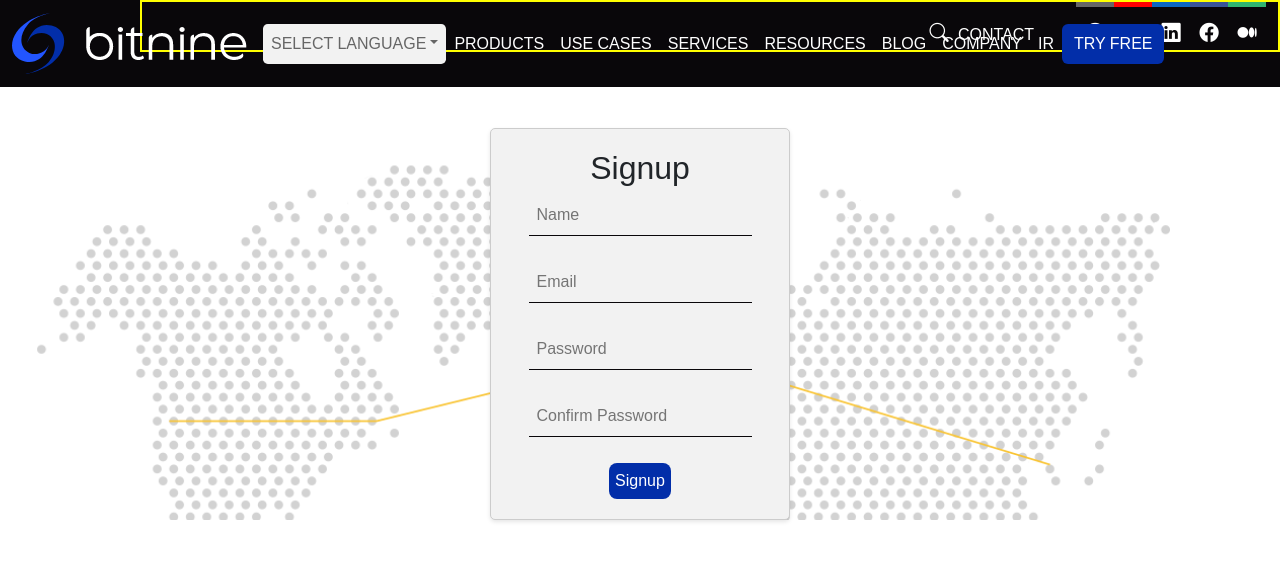
Repository: devblackie/signinpage
Page: /
An editor plug-in stored every save of this project. The page is shown before and after the next save, followed by the edit.
The browser window is 1280 px wide. The pictures show the whole page.
Some web fonts or font styles are not loaded; a fallback is used. The project was rebuilt for these pictures with package versions that can differ from the ones it lists, and the page was loaded fresh each time. Also part of the build but not shown: vite.config.js, src/components/Login.jsx, src/components/Dashboard.jsx, src/components/Home.jsx, src/components/ProtectedDashboard.jsx.

Above is the page before, as saved 2023-08-28 17:40:41.

### index.html
<!doctype html>
<html lang="en">
  <head>
    <meta charset="UTF-8" />
    <link rel="preconnect" href="https://fonts.googleapis.com">
<link rel="preconnect" href="https://fonts.gstatic.com" crossorigin>
<link href="https://fonts.googleapis.com/css2?family=Monda:wght@400;700&display=swap" rel="stylesheet">
    <link rel="stylesheet" href="https://cdn.jsdelivr.net/npm/bootstrap-icons@1.10.5/font/bootstrap-icons.css">
    <link href="https://cdn.jsdelivr.net/npm/bootstrap@5.3.1/dist/css/bootstrap.min.css" rel="stylesheet" integrity="sha384-4bw+/aepP/YC94hEpVNVgiZdgIC5+VKNBQNGCHeKRQN+PtmoHDEXuppvnDJzQIu9" crossorigin="anonymous">
    <meta name="viewport" content="width=device-width, initial-scale=1.0" />
    <title>Bitnine Login</title>
  </head>
  <body>
    <div id="root"></div>
    <script type="module" src="/src/main.jsx"></script>
    <script src="https://cdn.jsdelivr.net/npm/bootstrap@5.3.1/dist/js/bootstrap.bundle.min.js" integrity="sha384-HwwvtgBNo3bZJJLYd8oVXjrBZt8cqVSpeBNS5n7C8IVInixGAoxmnlMuBnhbgrkm" crossorigin="anonymous"></script>
  </body>
</html>

### src/main.jsx
import React from "react";
import ReactDOM from "react-dom";
import App from "./App";
import { UserProvider } from "./components/UserContext";

ReactDOM.render(
  <UserProvider>
    <App />
  </UserProvider>,
  document.getElementById("root")
);

### src/App.jsx
import React, { useState } from "react";
import { BrowserRouter as Router, Route, Routes } from "react-router-dom";
import Signup from "./components/Signup";
import Login from "./components/Login";
import Dashboard from "./components/Dashboard";
import Home from "./components/Home";
import ProtectedDashboard from "./components/ProtectedDashboard";
import "./App.css";

const App = () => {
  const [isAuthenticated, setIsAuthenticated] = useState(false);

  const handleLogin = () => {
    setIsAuthenticated(true);
  };

  return (
    <Router>
      <Routes>
        <Route
          path="/"
          element={
            <div>
              <Signup handleLogin={handleLogin} />
              {/* <Login handleLogin={handleLogin} /> */}
            </div>
          }
        />
        <Route
          path="/dashboard"
          // element={<ProtectedDashboard isAuthenticated={isAuthenticated} />}
          element={<Dashboard />}
        />
        <Route
          path="/home"
          // element={<ProtectedDashboard isAuthenticated={isAuthenticated} />}
          element={<Home />}
        />
      </Routes>
    </Router>
  );
};

export default App;

### src/components/UserContext.jsx
import React, { createContext, useContext, useState } from "react";

const UserContext = createContext();

export function UserProvider({ children }) {
  const [userName, setUserName] = useState("");

  return (
    <UserContext.Provider value={{ userName, setUserName }}>
      {children}
    </UserContext.Provider>
  );
}

export function useUser() {
  return useContext(UserContext);
}

### src/components/Signup.jsx
import React, { useState } from "react";
import "./signup.css";
import { useUser } from "./UserContext";
import { useNavigate } from "react-router-dom";
import Header from "./Header";

const Signup = ({ handleLogin }) => {
  // States for registration
  const [email, setEmail] = useState("");
  const [name, setName] = useState("");
  const [password, setPassword] = useState("");
  const [cpassword, setCPassword] = useState("");
  const [formErrors, setFormErrors] = useState({});
  const navigate = useNavigate();
  const { setUserName } = useUser(); // Ret

  // State for tracking submission status
  const [submissionStatus, setSubmissionStatus] = useState("none"); // Possible values: "none", "success", "error"

  // Handling input changes
  const handleInputChange = (e) => {
    const { name, value } = e.target;
    if (name === "name") setName(value);
    if (name === "email") setEmail(value);
    if (name === "password") setPassword(value);
    if (name === "cpassword") setCPassword(value);
    setSubmissionStatus("none");
  };

  const handleSignform = (e) => {
    e.preventDefault();
    const errors = validateForm();
    if (Object.keys(errors).length === 0) {
      setSubmissionStatus("success");
      setUserName(name); // Set the userName in the context
    } else {
      setFormErrors(errors);
      setSubmissionStatus("error");
    }
  };

  // Form validations
  const validateForm = () => {
    const errors = {};
    const regex = /^[^\s+@]+@[^\s@]+\.[^\s@]{2,}$/i;

    if (!name) errors.name = "Name is required";
    if (!email) errors.email = "Email is required";
    else if (!regex.test(email))
      errors.email = "This is not a valid email format!";

    if (!password) errors.password = "Password is required";
    else if (password.length < 4)
      errors.password = "Password must be more than 4 characters";
    else if (password.length > 10)
      errors.password = "Password cannot exceed more than 10 characters";

    if (!cpassword) errors.cpassword = "Confirm Password is required";
    else if (cpassword !== password)
      errors.cpassword = "Confirm password and password should be the same";
    return errors;
  };

  return (
    <>
      <Header userName={name} />
      <div className="form-container">
        {submissionStatus === "success" ? (
          <div className="success">
            <h1>User {name} successfully registered!!</h1>
            <a onClick={() => navigate("/home")}>
              Click to continue to the main site
            </a>
          </div>
        ) : (
          <form onSubmit={handleSignform}>
            <h2>Signup</h2>
            <input
              type="text"
              name="name"
              placeholder="Name"
              value={name}
              onChange={handleInputChange}
            />
            <p className="error">{formErrors.name}</p>
            <input
              type="email"
              name="email"
              placeholder="Email"
              value={email}
              onChange={handleInputChange}
            />
            <p className="error">{formErrors.email}</p>
            <input
              type="password"
              name="password"
              placeholder="Password"
              value={password}
              onChange={handleInputChange}
            />
            <p className="error">{formErrors.password}</p>
            <input
              type="password"
              placeholder="Confirm Password"
              value={cpassword}
              name="cpassword"
              onChange={handleInputChange}
            />
            <p className="error">{formErrors.cpassword}</p>
            <button className-="bton" type="submit">
              Signup
            </button>
          </form>
        )}
      </div>
    </>
  );
};

export default Signup;

### src/App.css
#root {
  max-width: 1280px;
  margin: 0 auto;
  padding: 2rem;
  text-align: center;
}
.btn1{background-color:#022ea9;
  color:#fff;
  outline:none;
  border:none;}
  .btn1:hover{
    color:orange;
    background-color:#022ea9;
  }


@media (prefers-reduced-motion: no-preference) {
  a:nth-of-type(2) .logo {
    animation: logo-spin infinite 20s linear;
  }
}

.card {
  padding: 2em;
}

.read-the-docs {
  color: #888;
}

### src/components/signup.css
form .error {
  color: red;
  font-size: 12px;
}
.form-container {
  background-image: url("../assets/map2.png");
  background-size: cover;
  background-repeat: no-repeat;
  font-family: "Monda", sans-serif;
  margin-top: 6em;
}
form {
  background-color: #f2f2f2;
  max-width: 300px;
  margin: 0 auto;
  padding: 20px;
  border: 1px solid #ccc;
  border-radius: 5px;
  box-shadow: 0 2px 4px rgba(0, 0, 0, 0.1);
}
form input {
  margin-bottom: 10px;
  padding: 8px;
  border: none;
  border-bottom: 1px solid #09070a;
  /* border-radius: 3px; */
  background-color: transparent;
}
input:focus,
input:focus-visible {
  outline: none;
  background-color: inherit;
}
form button {
  background-color: #022ea9;
  color: #fff;
  outline: none;
  border: none;
  border-radius: 8px;
  padding: 6px;
}
button:hover {
  color: orange;
  background-color: #022ea9;
}

### src/components/Header.jsx
import React from "react";
import "./style/navbar.css";
import {useUser} from "./UserContext"   //Path to UserContext file
import Logo from "../assets/bitnine-logo_.png";

export default function Header() {
  const {userName}= useUser()        //Retrieve userName from the context
  return (
    <>
      <div className="fixed-top header">
        <header class="topbar">
          <div class="container">
            <div class="row">
              {/* <!-- social icon--> */}
              <div class="col-sm-12">
                <ul class="social-network">
                  <div className="hovver">
                    <li>
                      <a class="waves-effect waves-dark" id="hovver" href="#">
                        <i class="bi bi-search"></i>
                      </a>
                    </li>
                    <li>
                      <a
                        class="waves-effect waves-dark tact"
                        id="hovver"
                        href="#"
                      >
                        contact
                      </a>
                    </li>
                  </div>
                  <div className="soc">
                    <li id="git">
                      <a class="waves-effect waves-dark" href="#">
                        <i class="bi bi-github"></i>
                      </a>
                    </li>
                    <li id="youtube">
                      <a class="waves-effect waves-dark" href="#">
                        <i class="bi bi-youtube"></i>
                      </a>
                    </li>
                    <li id="in">
                      <a class="waves-effect waves-dark" href="#">
                        <i class="bi bi-linkedin"></i>
                      </a>
                    </li>
                    <li id="fb">
                      <a class="waves-effect waves-dark" href="#">
                        <i class="bi bi-facebook"></i>
                      </a>
                    </li>
                    <li id="medium">
                      <a class="waves-effect waves-dark" href="#">
                        <i class="bi bi-medium"></i>
                      </a>
                    </li>
                  </div>
                </ul>
                <p className="text warning">{userName}</p>
              </div>
            </div>
          </div>
        </header>
        <nav className="navbar navbar-expand-lg">
          <div className="container-fluid">
            <a className="navbar-brand" href="#">
              <img src={`${Logo}`} alt="logo" />
            </a>

            <div
              className="collapse navbar-collapse"
              id="navbarSupportedContent"
            >
              <ul className="navbar-nav me-auto mb-2 mb-lg-0">
                <li className="nav-item dropdown">
                  <a
                    className="nav-link dropdown-toggle color-tertiary"
                    href="#"
                    role="button"
                    data-bs-toggle="dropdown"
                    aria-expanded="false"
                  >
                    Select Language
                  </a>
                  <ul className="dropdown-menu">
                    <li>
                      <a className="dropdown-item" href="#">
                        English
                      </a>
                    </li>
                    <li>
                      <a className="dropdown-item" href="#">
                        한국
                      </a>
                    </li>
                  </ul>
                </li>
                <li className="nav-item">
                  <a className="nav-link" href="#">
                    products
                  </a>
                </li>
                <li className="nav-item">
                  <a className="nav-link" href="#">
                    use cases
                  </a>
                </li>
                <li className="nav-item">
                  <a className="nav-link" href="#">
                    services
                  </a>
                </li>
                <li className="nav-item">
                  <a className="nav-link" href="#">
                    resources
                  </a>
                </li>
                <li className="nav-item">
                  <a className="nav-link" href="#">
                    blog
                  </a>
                </li>
                <li className="nav-item">
                  <a className="nav-link" href="#">
                    company
                  </a>
                </li>
                <li className="nav-item">
                  <a className="nav-link" href="#">
                    ir
                  </a>
                </li>

                <button class="btn btn-outline-primary" type="submit">
                  TRY FREE
                </button>
              </ul>
            </div>
          </div>
        </nav>
      </div>
    </>
  );
}

### src/components/style/navbar.css
.header {
  background-color: #09070a;
  font-family: "Monda", sans-serif;
}
.nav-item .nav-link {
  color: #fff;
  text-transform: uppercase;
}
.nav-item .nav-link:active,
.nav-item .nav-link:hover {
  color: orange;
}
.dropdown {
  background-color: #f2f2f2;
  border-radius: 0.3rem;
  .nav-link {
    color: #666666;
  }
}
.topbar .container {
  border: 2px solid yellow;
  margin: 0 0 1rem 0;

  position: absolute;
  right: 0;
}

.topbar .container .row {
  /* margin: -7px; */
}

ul.social-network {
  border: none;
  display: flex;
  justify-content:
  list-style: none;
  margin: 5px 0 0 -25px;
  float: right;
}
ul.social-network .hovver {
  margin-right: 3rem;
}
ul.social-network .soc {
  margin-left: 2rem;
  margin-right: 0;
}
ul.social-network .soc #git,
#youtube,
#in,
#fb,
#medium {
  position: relative;
}
ul.social-network .soc #git::before {
  content: "";
  position: absolute;
  top: -100%;
  left: 0;
  width: 100%;
  height: 100%;
  background-color: #666666;
  transition: top 0.3s ease; /* Transition effect for sliding */
  z-index: -1;
}
ul.social-network .soc #git:hover::before,
ul.social-network .soc #youtube:hover::before,
ul.social-network .soc #in:hover::before,
ul.social-network .soc #fb:hover::before,
ul.social-network .soc #medium:hover::before {
  top: 0; /* Slide the background from the top */
}

ul.social-network .soc #youtube::before {
  content: "";
  position: absolute;
  top: -100%;
  left: 0;
  width: 100%;
  height: 100%;
  background-color: red;
  transition: top 0.3s ease; /* Transition effect for sliding */
  z-index: -1;
}
ul.social-network .soc #in::before {
  content: "";
  position: absolute;
  top: -100%;
  left: 0;
  width: 100%;
  height: 100%;
  background-color: #0a66c2;
  transition: top 0.3s ease; /* Transition effect for sliding */
  z-index: -1;
}
ul.social-network .soc #fb::before {
  content: "";
  position: absolute;
  top: -100%;
  left: 0;
  width: 100%;
  height: 100%;
  background-color: #395498;
  transition: top 0.3s ease; /* Transition effect for sliding */
  z-index: -1;
}
ul.social-network .soc #medium::before {
  content: "";
  position: absolute;
  top: -100%;
  left: 0;
  width: 100%;
  height: 100%;
  background-color: #30b570;
  transition: top 0.3s ease; /* Transition effect for sliding */
  z-index: -1;
}

ul.social-network .soc li {
  border: none;
  margin: 0;
}
ul.social-network li a {
  text-decoration: none;
  text-transform: uppercase;
}
ul.social-network li a#hovver:hover {
  color: #666666;
  font-weight: 700;
  font-family: "Monda", sans-serif;
}

ul.social-network li i {
  font-size: 1.2rem;
  margin: 0;
}

ul.social-network li {
  padding: 13px 0 0;
  width: 38px;
  display: inline-block;
  text-align: center;
  height: 40px;
  vertical-align: baseline;
}

.btn {
  background-color: #022ea9;
  color: #fff;
  outline: none;
  border: none;
}
.btn:hover {
  color: orange;
  background-color: #022ea9;
}
.waves-effect {
  color: #fff;
}

After the next save:
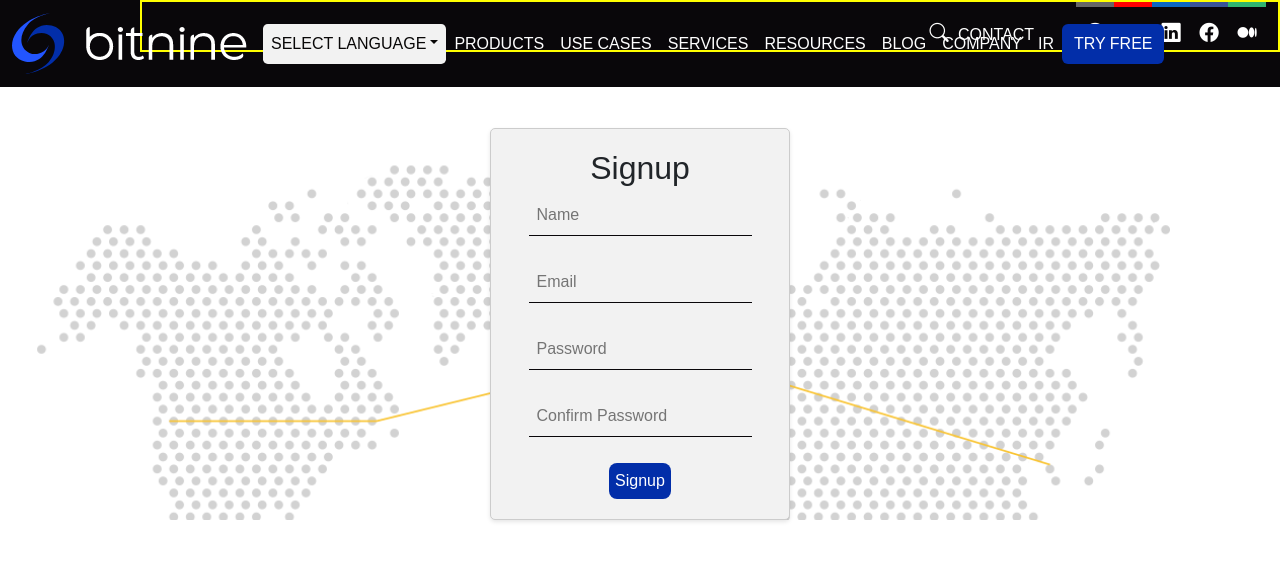
Saved 12 s later.
--- a/src/components/style/navbar.css
+++ b/src/components/style/navbar.css
@@ -14,7 +14,7 @@
   background-color: #f2f2f2;
   border-radius: 0.3rem;
   .nav-link {
-    color: #666666;
+    color: #080707;
   }
 }
 .topbar .container {
